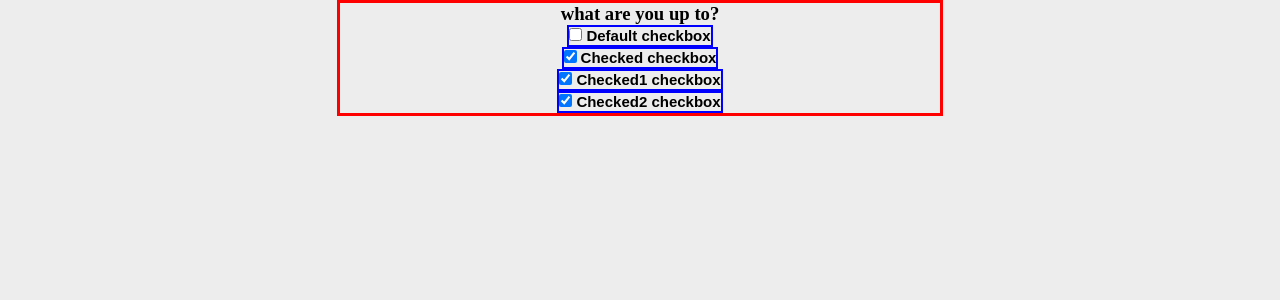
Repository: Grace229/Hasob-form
Page: index.html
These files come from the project's save history. The page is drawn as it stood at one moment and after a run of saves; the edit follows.
The browser window is 1280 px wide. The pictures show the whole page.

Above is the page before, as saved 2020-12-26 19:42:48.

### index.html
<!DOCTYPE html>
<html lang="en">
<head>
    <meta charset="UTF-8">
    <meta name="viewport" content="width=device-width, initial-scale=1.0">
    <title>Document</title>
    <link rel="stylesheet" href="style.css">
</head>
<body>
    <!-- Default checkbox -->
    <div class="container" align="center">
        <div class="question">
            <h3>what are you up to?</h3>
        </div>
<div class="form-check">
    <input
      class="form-check-input"
      type="checkbox"
      value=""
      id="flexCheckDefault"
    />
    <label class="form-check-label" for="flexCheckDefault">
      Default checkbox
    </label>
  </div>

  <!-- Checked checkbox -->
  <div class="form-check">
    <input
      class="form-check-input"
      type="checkbox"
      value=""
      id="flexCheckChecked"
      checked
    />
    <label class="form-check-label" for="flexCheckChecked">
      Checked checkbox
    </label>
  </div>
  <!-- Checked1 checkbox -->
  <div class="form-check">
    <input
      class="form-check-input"
      type="checkbox"
      value=""
      id="flexCheckChecked1"
      checked
    />
    <label class="form-check-label" for="flexCheckChecked">
      Checked1 checkbox
    </label>
  </div>
  <!-- Checked2 checkbox -->
  <div class="form-check">
    <input
      class="form-check-input"
      type="checkbox"
      value=""
      id="flexCheckChecked2"
      checked
    />
    <label class="form-check-label" for="flexCheckChecked">
      Checked2 checkbox
    </label>
  </div>
</div>
    <!-- <div class="container">
    <div class="mb-3">
        <label for="exampleFormControlInput1" class="form-label">Email address</label>
        <input type="email" class="form-control" id="exampleFormControlInput1" placeholder="name@example.com">
      </div>
      <div class="mb-3">
        <label for="exampleFormControlTextarea1" class="form-label">Example textarea</label>
        <textarea class="form-control" id="exampleFormControlTextarea1" rows="3"></textarea>
      </div>
    </div> -->
    <!-- <form> -->
        <!-- radio button -->
        <!-- <div>
            <label for="">1: Lorem ipsum dolor sit amet consectetur adipisicing elit? </label> <br>
                <input type="radio" name="gender" value="male" class="input" checked> male
                <input type="radio" name="gender" value="male" class="input"> male
                <input type="radio" name="gender" value="male" class="input"> male
                <input type="radio" name="gender" value="male" class="input"> male
        </div> -->
        <!-- dropdown -->
        <!-- <div>
            <label for="">2: Lorem ipsum dolor sit amet consectetur adipisicing elit? </label><br>
               <select name="" id="">
                   <option value="male" class="input">
                    male
                   </option>
                   <option value="male" class="input">
                    male
                   </option>
                   <option value="male" class="input">
                    male
                   </option>
                   <option value="male" class="input">
                    male
                   </option>
               </select>
        </div> -->
        <!-- checkboxes -->
          <!-- <div>
            <label for="">3: Lorem ipsum dolor sit amet consectetur adipisicing elit? </label><br>
               <input type="checkbox" name="gender" value="male" class="input" checked> male
                <input type="checkbox" name="gender" value="male" class="input"> male
                <input type="checkbox" name="gender" value="male" class="input"> male
                <input type="checkbox" name="gender" value="male" class="input"> male
        </div> -->
        <!-- textbox -->
        <!-- <div>
            <label for=""> 4: Email</label> <br>
            <input type="email" name="email" id="">
        </div>
   </form> -->
</body>
</html>

### style.css
*{
    padding: 0;
    margin: 0;
    background-color: rgb(237, 237, 238);
}
label{
    font-size: 15px;
    font-weight: bold;
    font-family: sans-serif;
}
input{
    line-height: 3px;
}
.form-check{
    border: solid 2px blue;
    width: fit-content;
}
.container{
    border: solid 3px red;
    width: 600px;
    margin: auto;
    align-items: center;
}

After the next 2 saves:
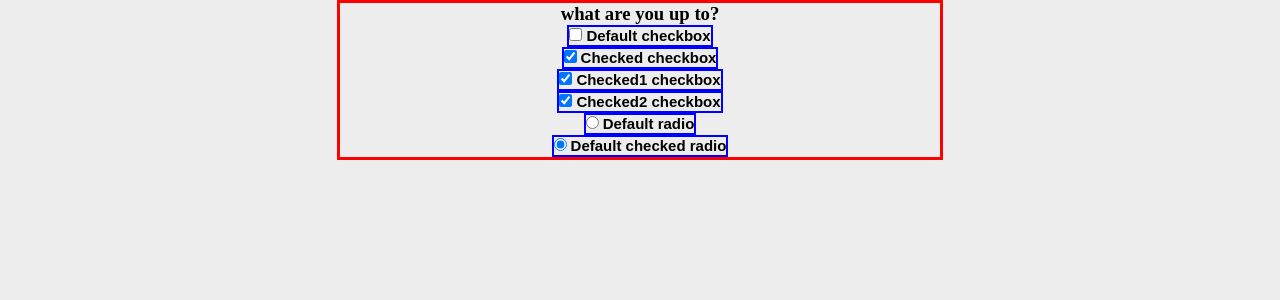
The 2 saves are shown as one change because they came seconds apart.
The last was saved 82 s later.
--- a/index.html
+++ b/index.html
@@ -63,6 +63,28 @@
       Checked2 checkbox
     </label>
   </div>
+  <!-- Default radio -->
+<div class="form-check">
+    <input
+      class="form-check-input"
+      type="radio"
+      name="flexRadioDefault"
+      id="flexRadioDefault1"
+    />
+    <label class="form-check-label" for="flexRadioDefault1"> Default radio </label>
+  </div>
+
+  <!-- Default checked radio -->
+  <div class="form-check">
+    <input
+      class="form-check-input"
+      type="radio"
+      name="flexRadioDefault"
+      id="flexRadioDefault2"
+      checked
+    />
+    <label class="form-check-label" for="flexRadioDefault2"> Default checked radio </label>
+  </div>
 </div>
     <!-- <div class="container">
     <div class="mb-3">
